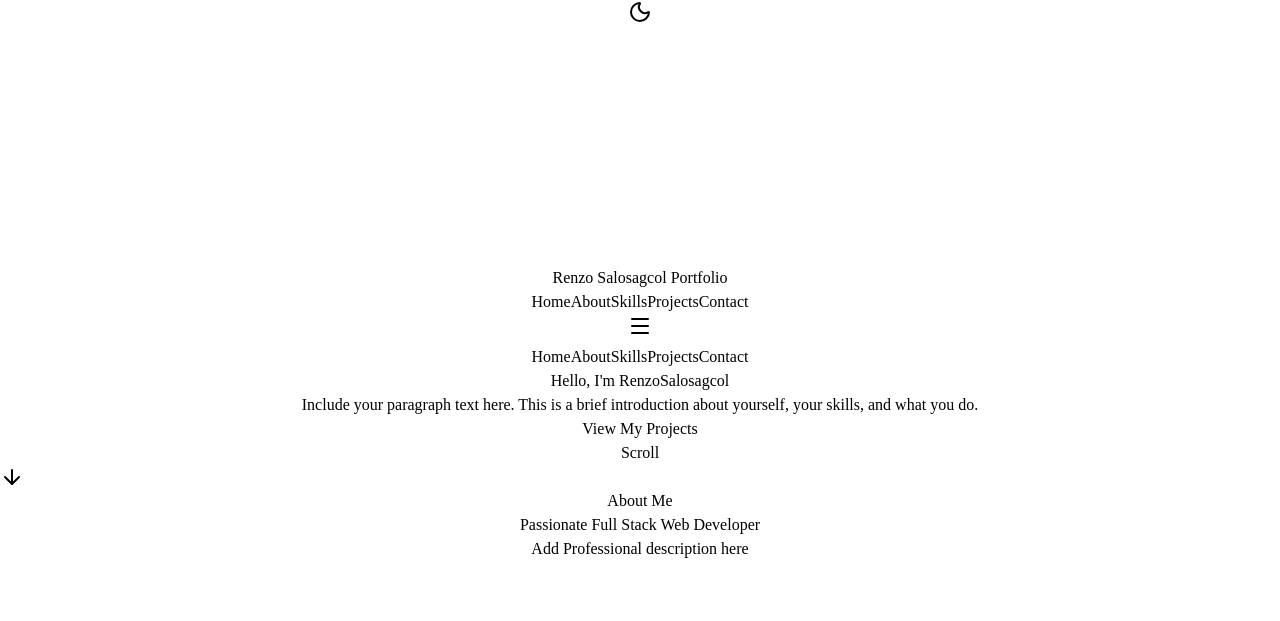
Repository: Renzo-Salosagcol/PERSONAL-PORTFOLIO
Page: /
The author's editor kept a copy of each file at every save. The page is drawn from the files as they stood at one save, then again after the next save.
The browser window is 1280 px wide. The pictures show the whole page.
The project was rebuilt for these pictures with package versions that can differ from the ones it lists, and the page was loaded fresh each time. Also part of the build but not shown: vite.config.js, src/pages/notFound.jsx.

Above is the page before, as saved 2025-10-03 22:45:05.

### src/index.css
@import "tailwindcss";

@theme {
  --color-border: hsl(var(--border));
  --color-background: hsl(var(--background));
  --color-foreground: hsl(var(--foreground));

  --color-primary: hsl(var(--primary));
  --color-primary-foreground: hsl(var(--primary-foreground));

  --color-card: hsl(var(--card));

  --animate-float: float 6s ease-in-out infinite;
  --animate-pulse-subtle: pulse-subtle 4s ease-in-out infinite;
  --animate-fade-in: fade-in 0.7s ease-out forwards;
  --animate-fade-in-delay-1: fade-in 0.7s ease-out 0.2s forwards;
  --animate-fade-in-delay-2: fade-in 0.7s ease-out 0.4s forwards;
  --animate-fade-in-delay-3: fade-in 0.7s ease-out 0.6s forwards;
  --animate-fade-in-delay-4: fade-in 0.7s ease-out 0.8s forwards;
  --animate-meteor: meteor 5s linear infinite;
}

@keyframes float {
  0%,
  100% {
    transform: translateY(0);
  }
  50% {
    transform: translateY(-10px);
  }
}

@keyframes pulse-subtle {
  0%,
  50% {
    opacity: 0.8;
  }
  100% {
    opacity: 1;
  }
}

@keyframes fade-in {
  from {
    opacity: 0;
    transform: translateY(20px);
  }
  to {
    opacity: 1;
    transform: translateY(0);
  }
}

@keyframes meteor {
  0% {
    transform: rotate(215deg) translateX(0);
    opacity: 1;
  }
  70% {
    opacity: 1;
  }
  100% {
    transform: rotate(215deg) translateX(-500px) ;
    opacity: 0;
  }
}

@layer base {
  :root {
    --background: 210 40% 98%;
    --foreground: 222 47% 11%;

    --card: 0 0% 100%;

    --primary: 259 47% 60%;
    --primary-foreground: 210 40% 98%;

    --border: 214 32% 91%;
  }

  .dark {
    --background: 222 47% 4%;
    --foreground: 213 31% 91%;

    --card: 222 47% 8%;

    --primary: 250 65% 65%;
    --primary-foreground: 213 31% 91%;

    --border: 217 33
  }

    * {
      @apply border-border;
    }

    html {
      @apply scroll-smooth;
    }

    body {
      @apply bg-background text-foreground transition-colors duration-300;
      font-feature-settings: "rlig" 1, "calt" 1;
    }
}

@utility container {
  margin-inline: auto;
  padding-inline: 2rem;

  @media (width >= 640px) {
    max-width: 640px;
  }

  @media (width >= 768px) {
    max-width: 768px;
  }

  @media (width >= 1024px) {
    max-width: 1024px;
  }

  @media (width >= 1280px) {
    max-width: 1280px;
  }

  @media (width >= 1400px) {
    max-width: 1400px;
  }

}

@utility text-glow {
  @apply relative;
  text-shadow: 0 0 10px rgb(167, 139, 250, 0.5);
}

@utility card-hover {
  @apply transition-transform duration-300 hover:scale-[1.02] hover:shadow-lg;
}

@utility gradient-border {
  @apply relative rounded-md;
  background: linear-gradient(to right, hsl(var(--card)));
  background-clip: padding-box;
  border: 1px solid transparent;
}

@utility cosmic-button {
  @apply px-5 py-2 rounded-full bg-primary text-primary-foreground font-medium
  transition-all duration-300 hover:shadow-[0_0_10px_rgba(139,92,246,0.5)]
  hover:scale-105 active:scale-95;
}

@utility star {
  @apply absolute bg-white rounded-full;
  box-shadow: 0 0 10px 2px rgba(255, 255, 255, 0.4);
}

@utility meteor {
  @apply absolute bg-linear-to-r from-white to-transparent rounded-full;
  box-shadow: 0 0 10px 5px rgba(255, 255, 255, 0.3);
}

#root {
  max-width: 100%;
  margin: 0 auto;
  padding: 0;
  text-align: center;
}

### src/App.jsx
import { BrowserRouter, Routes, Route } from "react-router-dom"
import { Home } from "./pages/home"
import { NotFound } from "./pages/notFound"

function App() {
  return (
    <>
      <BrowserRouter>
        <Routes>
          <Route index element={<Home />} />
          <Route path="*" element={<NotFound />} />
        </Routes>
      </BrowserRouter>
    </>
  );
}

export default App

### src/pages/home.jsx
import { ThemeToggle } from "../components/ThemeToggle"
import { StarBackground } from "../components/StarBackground"
import { Navbar } from "../components/Navbar"
import { HeroSection } from "../components/HeroSection"
import { AboutSection } from "../components/AboutSection"


export const Home = () => {
  return (
    <div className="min-h-screen bg-background text-foreground overflow-x-hidden">
      {/* Theme Toggle */}
      <ThemeToggle />

      {/* Background Effects */}
      <StarBackground />

      {/* Navbar */}
      <Navbar />

      {/* Main Content */}
      <main>
        <HeroSection />
        <AboutSection />
      </main>

      {/* Footer */}
    </div>
  )
}

### src/components/ThemeToggle.jsx
import { useState, useEffect } from "react"
import { Sun, Moon } from "lucide-react"
import { cn } from "@/lib/utils"

export const ThemeToggle = () => {
  const [isDark, setIsDark] = useState(false)

  useEffect(() => {
    const theme = localStorage.getItem("theme")
    if (theme) {
      setIsDark(theme === "dark")
      document.documentElement.classList.toggle("dark", theme === "dark")
    }
  }, [])

  const toggleTheme = () => {
    setIsDark(!isDark)
    document.documentElement.classList.toggle("dark", !isDark)
    localStorage.setItem("theme", !isDark ? "dark" : "light")
  }

  return (
    <button
      onClick={toggleTheme}
      className={cn("fixed max-sm:hidden top-5 right-5 z-50 p-2 rounded-full",
        "transition-color duration-300 focus:outline-hidden"
      )}
    >
      {isDark ? (
        <Sun className="h-6 w-6 text-yellow-300" />
      ) : (
        <Moon className="h-6 w-6 text-blue-900" />
      )}
    </button>

  )
}

### src/components/StarBackground.jsx
import { useState, useEffect } from "react"

// ID, Size, X, Y, Opacity, Animation Duration

export const StarBackground = () => {
  const [stars, setStars] = useState([])
  const [meteors, setMeteors] = useState([])

  useEffect(() => {
    generateStars()
    generateMeteors()

    const handleResize = () => {
      generateStars()
      generateMeteors()
    }

    window.addEventListener("resize", handleResize)
    return () => window.removeEventListener("resize", handleResize)
  }, [])

  const generateStars = () => {
    const numberOfStars = Math.floor(window.innerWidth * window.innerHeight / 10000)

    const newStars = []
    for (let i = 0; i < numberOfStars; i++) {
      newStars.push({
        id: i,
        size: Math.random() * 3 + 1,
        x: Math.random() * 100,
        y: Math.random() * 100,
        opacity: Math.random() * 0.5 + 0.5,
        animationDuration: Math.random() * 4 + 2
      })
    }

    setStars(newStars)
  }

  const generateMeteors = () => {
    const numberOfMeteors = 4
    const newMeteors = []

    for (let i = 0; i < numberOfMeteors; i++) {
      newMeteors.push({
        id: i,
        size: Math.random() * 2 + 1,
        x: Math.random() * 100,
        y: Math.random() * 20,
        delay: Math.random() * 15,
        animationDuration: Math.random() * 3 + 3
      })
    }

    setMeteors(newMeteors)
  }

  return (
    <div className="fixed inset-0 overflow-hidden pointer-events-none z-0">
      {stars.map((star) => (
        <div key={star.id} className="star animate-pulse-subtle" style={{
          width: `${star.size}px`,
          height: `${star.size}px`,
          top: `${star.y}%`,
          left: `${star.x}%`,
          opacity: star.opacity,
          animationDuration: `${star.animationDuration}s`
        }}/>
      ))}

      {meteors.map((meteor) => (
        <div key={meteor.id} className="meteor animate-meteor" style={{
          width: `${meteor.size * 50}px`,
          height: `${meteor.size * 2}px`,
          top: `${meteor.y}%`,
          left: `${meteor.x}%`,
          animationDelay: meteor.delay,
          animationDuration: `${meteor.animationDuration}s`
        }}/>
      ))}
    </div>
    )
}

### src/components/Navbar.jsx
import { useState, useEffect } from 'react'
import { cn } from '@/lib/utils'
import { Menu, X } from 'lucide-react'

const navItems = [
  { name: 'Home', href: '#home' },
  { name: 'About', href: '#about' },
  { name: 'Skills', href: '#skills' },
  { name: 'Projects', href: '#projects' },
  { name: 'Contact', href: '#contact' },
]

export const Navbar = () => {
  const [isScrolled, setIsScrolled] = useState(false)
  const [isMenuOpen, setIsMenuOpen] = useState(false)

  useEffect(() => {
    const handleScroll = () => {
      setIsScrolled(window.scrollY > 10)
    }

    window.addEventListener('scroll', handleScroll)
    return () => {
      window.removeEventListener('scroll', handleScroll)
    }
  }, [])

  return (
    <nav className={cn("fixed w-full z-40 transition-all duration-300",
      isScrolled ? "py-3 bg-background/80 backdrop-blur-md shadow-xs" : "py-5"
    )}>
      <div className="container flex items-center justify-between">
        <a className="text-xl font-bold text-primary flex items-center" href="#hero">
          <span className="relative z-10">
            <span className="text-glow text-foreground"> Renzo Salosagcol </span> Portfolio
          </span>
        </a>

        {/* Desktop Nav */}
        <div className="hidden md:flex space-x-8">
          {navItems.map((item) => (
            <a
              key={item.name}
              className="text-foreground/80 hover:text-primary transition-colors duration-300"
              href={item.href}
            >
              {item.name}
            </a>
          ))}
        </div>

        {/* Mobile Nav */}
        <button
          onClick={() => setIsMenuOpen((prev) => !prev)}
          className="md:hidden p-2 text-foreground z-50"
          aria-label={isMenuOpen}
        >
          {isMenuOpen ? <X size={24} /> : <Menu size={24} />}
        </button>

        <div className={cn("fixed inset-0 bg-background/95 backdrop-blur-md z-40 flex flex-col items-center justify-center",
          "transition-all duration 300 md:hidden",
          isMenuOpen ? "opacity-100 pointer-events-auto" : "opacity-0 pointer-events-none"
        )}>
          <div className="flex flex-col space-y-8 text-xl">
            {navItems.map((item) => (
              <a
                key={item.name}
                className="text-foreground/80 hover:text-primary transition-colors duration-300"
                href={item.href}
                onClick={() => setIsMenuOpen(false)}
              >
                {item.name}
              </a>
            ))}
          </div>
        </div>

      </div>
    </nav>
  )
}

### src/components/HeroSection.jsx
import { ArrowDown } from "lucide-react"

export const HeroSection = () => {
  return (
    <section id="hero" className="relative min-h-screen flex flex-col items-center justify-center px-4">
      <div className="container max-w-4xl auto text-center z-10">
        <div className="space-y-6">
          <h1 className="text-4xl md:text-6xl font-bold tracking-tight">
            <span className="opacity-0 animate-fade-in"> Hello, I'm</span>
            <span className="opacity-0 text-primary animate-fade-in-delay-1"> Renzo</span>
            <span className="opacity-0 text-gradient ml-2 animate-fade-in-delay-2">Salosagcol</span>
          </h1>
          <p className="text-lg md-texl-xl text-muted-foreground max-2-2xl mx-auto opacity-0 animate-fade-in-delay-3">
            Include your paragraph text here. This is a brief introduction about yourself, your skills, and what you do.
          </p>

          <div>
            <a href="#projects" className="cosmic-button opacity-0 animate-fade-in-delay-4">
              View My Projects
            </a>
          </div>
        </div>

        <div className="absolute bottom-9 left-1/2 transform -translate-x-1/2 flex flex-col items-center animate-bounce">
          <span className="text-sm text-muted-foreground mb-2"> Scroll </span>
          <ArrowDown className="h-5 w-5 text-primary" />

        </div>

      </div>
    </section>
  )
}

### src/components/AboutSection.jsx


export const AboutSection = () => {
  return (
    <section id="about" className="py-24 px-4 relative">
      <div className="container mx-auto max-w-5xl">
        <h2 className="text-3xl md:text-4xl font-bold mb-12 text-center">
          About <span className="text-primary"> Me</span>
        </h2>

        <div className=" grid grid-cols-1 md:grid-cols-2 gap-12 items-center">
          <div className="space-y-6">
            <h3>Passionate Full Stack Web Developer</h3>
            <p>Add Professional description here</p>
          </div>
          <div>

          </div>
        </div>
      </div>
    </section>
  )
}

### src/lib/utils.js
import { clsx } from "clsx"
import { twMerge } from "tailwind-merge"

export const cn = (...inputs) => {
  return twMerge(clsx(...inputs))
}

Loaded but not shown: index.html (common file); src/main.jsx (common file)

After the next save:
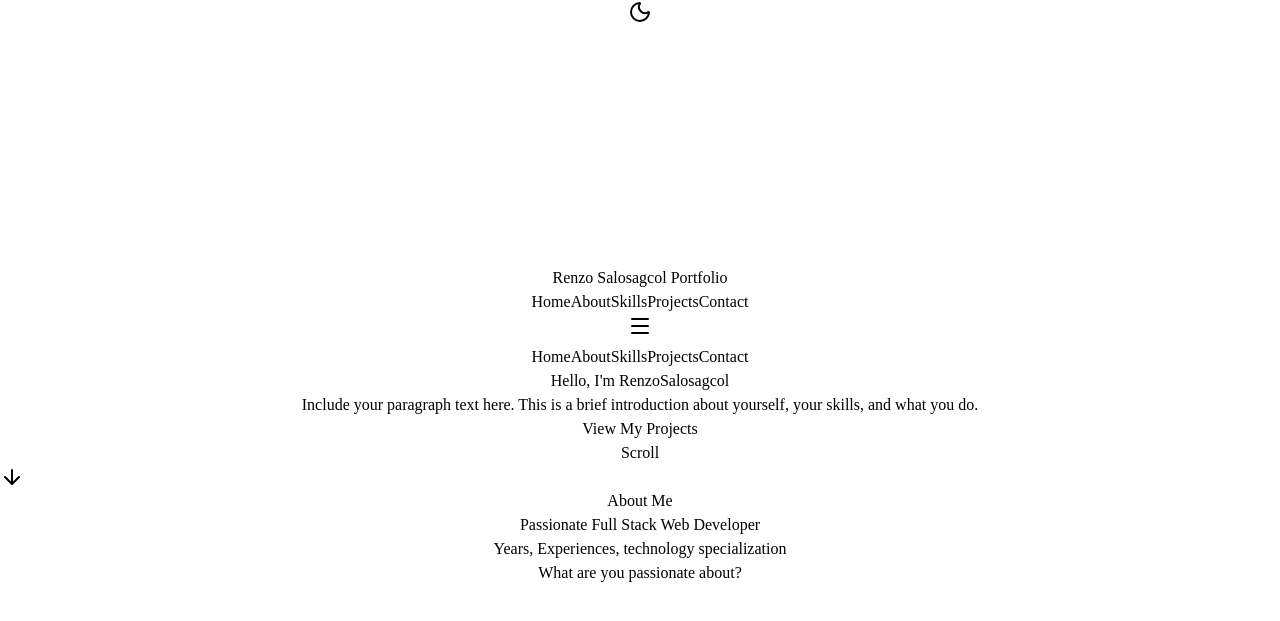
Saved 76 s later.
--- a/src/components/AboutSection.jsx
+++ b/src/components/AboutSection.jsx
@@ -11,7 +11,8 @@
         <div className=" grid grid-cols-1 md:grid-cols-2 gap-12 items-center">
           <div className="space-y-6">
             <h3>Passionate Full Stack Web Developer</h3>
-            <p>Add Professional description here</p>
+            <p className="text-muted-foreground">Years, Experiences, technology specialization</p>
+            <p className="text-muted-foreground">What are you passionate about?</p>
           </div>
           <div>
 
